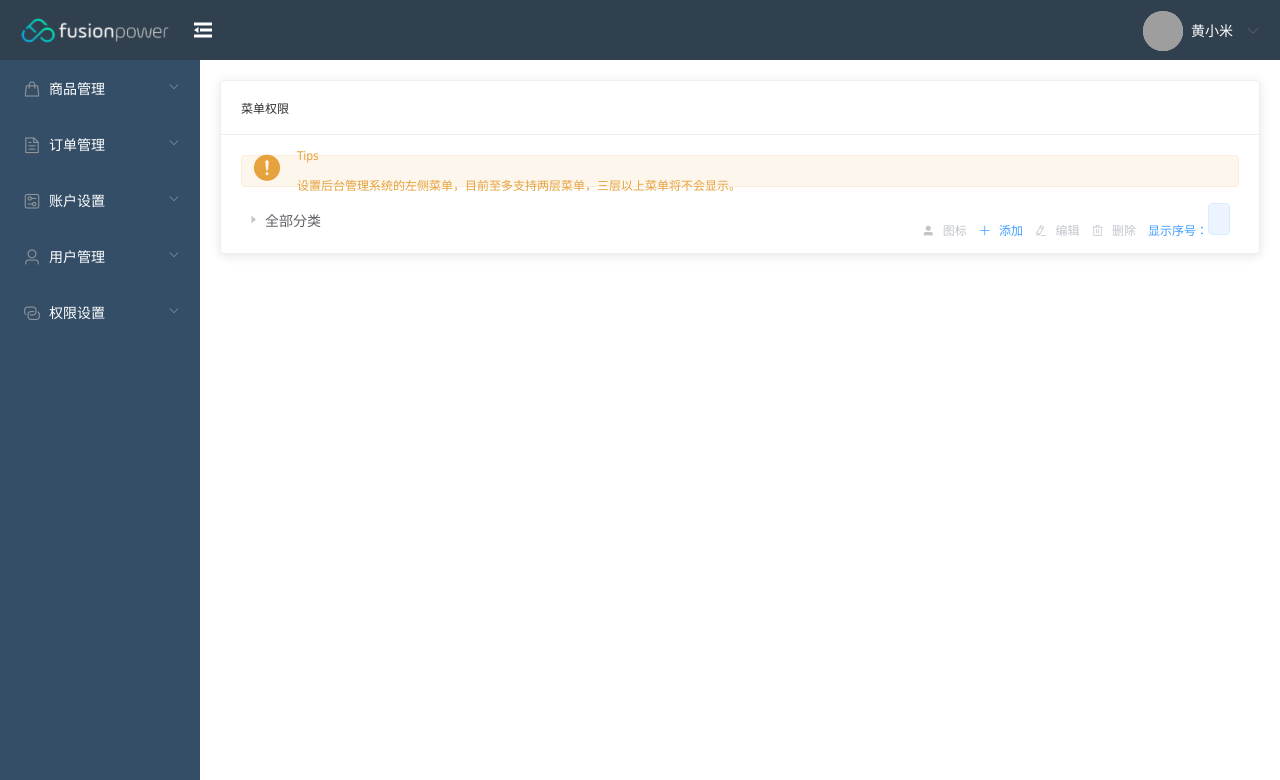
Repository: HanNing-cyber/vue-cms-project
Page: /#/auth/menu
An editor plug-in stored every save of this project. The page is shown before and after the next save, followed by the edit.
The browser window is 1280 px wide. The pictures show the whole page.
Pictures or frames that could not be fetched are drawn as grey boxes. The project was rebuilt for these pictures with package versions that can differ from the ones it lists, and the page was loaded fresh each time. Also part of the build but not shown: vue.config.js, src/views/Login.vue, src/views/Register.vue.

Above is the page before, as saved 2020-05-06 00:36:35.

### src/main.js
import Vue from 'vue'
import App from './App.vue'
import router from './router'
import store from './store'
import '@/plugins/element'
import '@/plugins/axios'

Vue.config.productionTip = false

new Vue({
  router,
  store,
  render: h => h(App)
}).$mount('#app')

### src/App.vue
<template>
  <div id="app">
    <router-view></router-view>
  </div>
</template>

<script>
export default {
  name: "app",
  components: {}
};
</script>

<style lang="less">
@import "./assets/css/reset.css";
.el-row {
  margin-bottom: 20px;
  &:last-child {
    margin-bottom: 0;
  }
}
.el-col {
  border-radius: 4px;
}
.bg-purple-dark {
  background: #99a9bf;
}
.bg-purple {
  background: #d3dce6;
}
.bg-purple-light {
  background: #e5e9f2;
}
.grid-content {
  border-radius: 4px;
  min-height: 36px;
}
.row-bg {
  padding: 10px 0;
  background-color: #f9fafc;
}
a{
  color: currentColor;
}
</style>

### src/router/index.js
import Vue from 'vue'
import VueRouter from 'vue-router'
import Login from "@/views/Login.vue";
import Register from "@/views/Register.vue";
import Layout from "@/components/Layout.vue";
import { Message} from 'element-ui'

Vue.use(VueRouter)

  const routes = [
  {
    path: '/',
    name: 'Login',
    alias: "/login",
    meta:{requiresAuth:false},
    component: Login,
  },
  {
    path: '/register',
    name: 'Register',
    meta:{requiresAuth:false},
    component: Register,
  },
  // 商品管理
  {
    path:'/goods',
    name:'Goods',
    component:Layout,
    children: [
      {
        path: "list",
        name: "GoodsList",
        meta:{requiresAuth:true},
        component: () => import("@/views/Goods/List.vue"),
      },
      {
        path: "release",
        name: "GoodsRelease",
        meta:{requiresAuth:true},
        component: () => import("@/views/Goods/Release.vue"),
      },
      {
        path: "category",
        name: "GoodsCategory",
        meta:{requiresAuth:true},
        props: true,
        component: () => import("@/views/Goods/Category.vue"),
      },
      {
        path: 'edit',
        name: 'GoodsEdit',
        // meta: { requiresAuth: true },
        component: () => import('@/views/Goods/Edit.vue')
      },
    ],
  },
  // 订单管理
  {
    path:'/order',
    name:'Order',
    component:Layout,
    children: [
      {
        path: "list",
        name: "OrderList",
        meta:{requiresAuth:true},
        component: () => import("@/views/Order/List.vue"),
      },
    ],
  },
  // 账户设置
  {
    path:'/admin',
    name:'Admin',
    component:Layout,
    children: [
      {
        path: "setting",
        name: "AdminSetting",
        meta:{requiresAuth:true},
        component: () => import("@/views/Admin/Setting.vue"),
      },
    ],
  },
  // 用户管理
  {
    path:'/user',
    name:'User',
    component:Layout,
    children: [
      {
        path: "list",
        name: "UserList",
        meta:{requiresAuth:true},
        component: () => import("@/views/User/List.vue"),
      },
    ],
  },
  // 权限管理
  {
    path:'/auth',
    name:'Auth',
    component:Layout,
    children: [
      {
        path: "role",
        name: "AuthRole",
        meta:{requiresAuth:true},
        component: () => import("@/views/Auth/Role.vue"),
      },
      {
        path: "menu",
        name: "AuthMenu",
        meta:{requiresAuth:true},
        component: () => import("@/views/Auth/Menu.vue"),
      },
    ],
  },
]

const router = new VueRouter({
  routes
})

export default router

### src/plugins/axios.js
import axios from 'axios';
import { Loading,Message } from 'element-ui';
// 路由实例
import router from '@/router/index'
// loading实例
let loading;
//设置默认参数
axios.defaults.baseURL='http://localhost:3003';

// 请求拦截器
axios.interceptors.request.use(function(config){
    // 开启loding
    loading=Loading.service({background:'rgba(0,0,0,0.7'});
    console.log(config);
    // 在发送请求之前，在headers头加token
    if(config.url=='/api/admin/login' || config.url=='/api/admin/register'){
        return config;
    }
    let token = sessionStorage.token;
    // 判断是否已经登录，拥有token
    // 没有token，提示用户，跳转登录页面
    if(!token){
        Message.error('token令牌失效，请重新登录！')
        setTimeout(()=>{
            router.replace('/login');
            loading.close();
        },2000);
        return;
    }
    // 拥有token，在headers头添加token
    config.headers.Authorization=`Bearer ${token}`;
    return config;
},function(error){
    // 对请求错误做些什么
    return Promise.reject(error);
})


axios.interceptors.response.use(function (response) {
    // 关闭loading
    loading.close();
    //在这里你可以判断后台返回数据携带的请求码
    if (response.status === 200) {
    return response.data
    }
    // else {
    // // 非200请求抱错
    // throw Error(response.data.msg || '服务异常')
    // }
}, function (error) {
    // 对响应错误做点什么
    return Promise.reject(error);
});

export default axios;

### src/assets/css/reset.css
/*version: 2.7.0 */

html,
body {
	color: #898989;
	background: #FFF;
	font-family: "Microsoft YaHei UI", "Microsoft YaHei UI Light", "微软雅黑", "宋体", Helvetica-Black-SemiBold, Tahoma, Arial, sans-serif;
	font-size: 12px;
}

body,
div,
dl,
dt,
dd,
ul,
ol,
li,
h1,
h2,
h3,
h4,
h5,
h6,
pre,
code,
form,
fieldset,
legend,
input,
button,
textarea,
p,
blockquote,
th {
	margin: 0;
	padding: 0;
}

table {
	border-collapse: collapse;
	border-spacing: 0;
}

fieldset {
	border: solid 1px #666;
}
/*取消img蓝框*/
img {
	border: 0;
}

address,
caption,
cite,
code,
dfn,
em,
strong,
th,
var,
optgroup {
	font-style: inherit;
	font-weight: inherit;
}

del,
ins {
	text-decoration: none;
}

li {
	list-style: none;
}

caption,
th {
	text-align: left;
}

h1,
h2,
h3,
h4,
h5,
h6 {
	font-weight: normal;
}

h2 {
	font-size: 16px;
}

h3 {
	font-size: 14px;
}

q:before,
q:after {
	content: '';
}

abbr,
acronym {
	border: 0;
	font-variant: normal;
}

sup {
	vertical-align: baseline;
}

sub {
	vertical-align: baseline;
}

legend {
	color: #000;
}

input,
button,
textarea,
select,
optgroup,
option {
	font-family: inherit;
	font-size: inherit;
	font-style: inherit;
	font-weight: inherit;
}

input,
button,
textarea,
select {
	*font-size: 100%;
}

strong {
	font-weight: bold;
}

em {
	font-style: italic;
}
/*取消链接下横线*/
a {
	color: #ffd200;;
	text-decoration: none;
}

a:hover {
	color: #666;
}

a:focus {
	outline: thin dotted;
}


/* 改善在所有浏览器中获取焦点和悬停时的可读性: h5bp.com/h */

a:hover,
a:active {
	outline: 0;
}

.fl {
	float: left;
}

.fr {
	float: right;
}

.clear {
	clear: both;
}

.clearfix {
	*zoom: 1;
}

.clearfix:before,
.clearfix:after {
	display: table;
	line-height: 0;
	content: "";
}

.clearfix:after {
	clear: both;
}

.container {
	width: 1200px;
	margin-right: auto;
	margin-left: auto;
	*zoom: 1;
}

.container:before,
.container:after {
	display: table;
	line-height: 0;
	content: "";
}

.container:after {
	clear: both;
}

### src/components/Layout.vue
<template>
  <el-container>
    <el-header>
      <Navbar></Navbar>
    </el-header>
    <el-container>
      <el-aside width="200px">
        <LeftMenu></LeftMenu>
      </el-aside>
      <el-main>
        <router-view></router-view>
      </el-main>
    </el-container>
  </el-container>
</template>

<script>
import LeftMenu from '@/components/LeftMenu.vue';
import Navbar from '@/components/Navbar.vue';
export default{
    components:{
        LeftMenu,
        Navbar,
    }
}
</script>

<style lang="less">
 .el-header, .el-footer {
    background-color: #31404E;
    color: white;
    line-height: 60px;
  }

  .el-aside {
    background-color: #334E66;
    color: #333;
    text-align: left;
    min-height: 100vh;
    .el-menu{
      border-right: 0;
    }
  }

  .el-main {
    background-color: white;
    color: #333;
  }

  body > .el-container {
    margin-bottom: 40px;
  }

  .el-container:nth-child(5) .el-aside,
  .el-container:nth-child(6) .el-aside {
    line-height: 260px;
  }

  .el-container:nth-child(7) .el-aside {
    line-height: 320px;
  }
</style>

### src/views/Auth/Menu.vue
<template>
	<div>
		<el-card class="box-card">
			<div slot="header" class="clearfix">
				<span>菜单权限</span>
			</div>
			<!-- <el-tree :data="data" :props="defaultProps" @node-click="handleNodeClick"></el-tree> -->
			<div class="custom-tree-container">
				<el-tag type="warning" class="tip-tag">
					<div class="left-tip"><i class="el-icon-warning" style="fontSize:30px"></i></div>
					<div class="right-tip">
						<div>Tips</div>
						<div>设置后台管理系统的左侧菜单，目前至多支持两层菜单，三层以上菜单将不会显示。</div>
					</div>
				</el-tag>
				<div class="block">
					<!-- <el-tree ref="tree" lazy :props="defaultProps" :data="data"> -->
					<el-tree ref="tree" :load="loadNode" lazy :props="defaultProps" node-key="id">
						<span class="custom-tree-node" slot-scope="{ node, data }">
							<span>{{node.label }}</span>
							<span>
								<el-tooltip class="item" effect="light" content="Left Top 提示文字" placement="left-start">
									<el-button type="text" size="mini" icon="el-icon-user-solid" :disabled="node.level==1">
										图标
									</el-button>
								</el-tooltip>
								<el-button type="text" size="mini" icon="el-icon-plus" @click.stop="openInsertModal(node,data)">
									添加
								</el-button>
								<el-button type="text" size="mini" icon="el-icon-edit" :disabled="node.level==1" @click.stop="openEditModal(node,data)">
									编辑
								</el-button>
								<el-button type="text" size="mini" icon="el-icon-delete" @click.stop="openRemoveModal(node,data)" :disabled="node.level==1">
									删除
								</el-button>
								<el-button type="text" size="mini">
									<span class="sort">显示序号：</span>
									<el-tag class="tag">{{data.order}}</el-tag>
								</el-button>
							</span>
						</span>
					</el-tree>
				</div>
			</div>
		</el-card>
		<!-- 添加模态框 -->
		<el-dialog title="添加节点" :visible.sync="insertVisible" width="30%">
			<el-form ref="insertForm" :model="insertForm" :rules="rules" label-width="80px">
				<el-form-item label="菜单名称" prop="name">
					<el-input v-model="insertForm.name"></el-input>
				</el-form-item>
				<el-form-item label="链接地址" prop="path">
					<el-input v-model="insertForm.path" placeholder="指定此菜单的链接地址,可选填"></el-input>
				</el-form-item>
				<el-form-item label="显示顺序" prop="order">
					<el-input v-model="insertForm.order" placeholder="显示顺序按照数字大小,如:2001"></el-input>
				</el-form-item>
			</el-form>
			<span slot="footer" class="dialog-footer">
				<el-button @click="insertVisible = false">取 消</el-button>
				<el-button type="primary" @click="handleInsert('insertForm')">确 定</el-button>
			</span>
		</el-dialog>

		<!-- 编辑模态框 -->
		<el-dialog title="编辑节点" :visible.sync="editVisible" width="30%">
			<el-form ref="editForm" :model="editForm" :rules="rules" label-width="80px">
				<el-form-item label="菜单名称" prop="name">
					<el-input v-model="editForm.name"></el-input>
				</el-form-item>
				<el-form-item label="链接地址" prop="path">
					<el-input v-model="editForm.path" placeholder="指定此菜单的链接地址,可选填"></el-input>
				</el-form-item>
				<el-form-item label="显示顺序" prop="order">
					<el-input v-model="editForm.order" placeholder="显示顺序按照数字大小,如:2001"></el-input>
				</el-form-item>
			</el-form>
			<span slot="footer" class="dialog-footer">
				<el-button @click="editVisible = false">取 消</el-button>
				<el-button type="primary" @click="handleEdit('editForm')">确 定</el-button>
			</span>
		</el-dialog>
	</div>
</template>

<script>
	import { Auth } from '@/api/index.js'

	export default {
		data() {
			return {
				defaultProps: {
					label: 'name',
					children: "children",
				},
				insertForm: {
					name: '',
					pId: '',
					order: '',
				},
				editForm: {
					name: '',
					pId: '',
					order: '',
				},
				rules: {
					name: [
						{ required: true, message: '请输入分类名称', trigger: 'blur' },
					],
					order: [
						{ required: true, message: '请输入菜单顺序', trigger: 'blur' },
					]
				},
				nodeData: {}, //节点数据
				node: {}, //节点对象
				insertVisible: false,
				editVisible: false,
			}
		},
		methods: {
			async loadNode(node, resolve) {
				console.log(node);
				// 根节点
				if (node.level == 0) {
					return resolve([{ name: '全部分类', pId: 0 }]);
				}
				if (node.level == 1) {
					// 取出node.data里的数据
					let { status, data } = await Auth.subcate({ pId: 1 });
					if (status) {
						resolve(data);
					}
				}
				if (node.level == 2) {
					// 取出node.data里的数据
					let id = node.data.id;
					// let { pId } = node.data;
					let { status, data } = await Auth.subcate({ pId: id });
					if (status) {
						resolve(data);
					}
				}
			},
			// 删除
			openRemoveModal(node, data) {
				this.$confirm('确定要删除此分类吗?', { type: 'warning' })
					.then(async () => {
						// 发送ajax
						let id = node.data.id;
						let { status } = await Auth.del({ id }); //扩展运算符
						if (status) {
							// 界面上的数据删除
							this.$refs.tree.remove(data);
							this.$message.success('删除成功');
						} else {
							this.$message.error(msg);
						}
					});
			},
			// 添加
			openInsertModal(node, data) {
				console.log(data)
				// 转存了父级分类id
				this.insertForm.pId = data.pId + 1;
				// 转存 父类节点
				this.node = node;
				this.insertVisible = true;
			},
			handleInsert(formName) {
				this.$refs[formName].validate(async (valid) => {
					if (valid) {
						let { status, msg, data } = await Auth.insert({ ...this.insertForm }); //扩展运算符
						if (status) {
							// 关闭弹窗
							this.insertVisible = false;
							// 界面添加节点
							this.$refs.tree.append({ ...this.insertForm, ...data }, this.node);
						}
					}
				});
			},
			// 编辑
			openEditModal(node, data) {
				// 转存节点对象
				this.node = node;
				this.editForm = { ...data };
				this.editVisible = true;
			},
			handleEdit(formName) {
				this.$refs[formName].validate(async (valid) => {
					if (valid) {
						let { status, msg } = await Auth.Edit({ ...this.editForm }); //扩展运算符
						if (status) {
							this.$message.success(msg);
							// 关闭弹窗
							this.editVisible = false;
							// 更新节点
							this.node.data = this.editForm;
						} else {
							this.$message.error(msg);
						}
					}
				});
			}
		},
	}
</script>

<style lang="less" scoped>
	.custom-tree-node {
		flex: 1;
		display: flex;
		align-items: center;
		justify-content: space-between;
		font-size: 14px;
		padding-right: 8px;
	}

	.xu {
		font-size: 12px;
		padding-left: 10px;
	}
	.tip-tag{
		margin-bottom: 20px;
		display: flex;
		justify-content: flex-start;
		align-items: center;

		.right-tip{
			margin-left: 15px;
		}
	}
</style>

### src/api/index.js
import Admin from './modules/admin';
import User from './modules/user';
import Login from './modules/login';
import Category from './modules/category';
import Goods from './modules/goods';
import Auth from './modules/auth';
import Order from './modules/order';
// import Upload from './modules/upload';
export {
    Admin,
    User,
    Login,
    Category,
    Goods,
    Auth,
    Order,
}

### src/components/LeftMenu.vue
<template>
  <el-menu router default-active="2" class="el-menu-vertical-demo" background-color="#334E66" text-color="#fff" active-text-color="#ffd04b">
    <el-submenu index="1">
      <template slot="title">
        <i class="el-icon-goods"></i>
        <span slot="title">商品管理</span>
      </template>
      <el-menu-item index="/goods/category">商品分类</el-menu-item>
      <el-menu-item index="/goods/release">发布商品</el-menu-item>
      <el-menu-item index="/goods/list">商品列表</el-menu-item>
    </el-submenu>
    <el-submenu index="2">
      <template slot="title">
        <i class="el-icon-document"></i>
        <span slot="title">订单管理</span>
      </template>
      <el-menu-item index="/order/list">订单列表</el-menu-item>
    </el-submenu>
    <el-submenu index="3">
      <template slot="title">
        <i class="el-icon-set-up"></i>
        <span slot="title">账户设置</span>
      </template>
      <el-menu-item index="/admin/setting">账户信息</el-menu-item>
    </el-submenu>
    <el-submenu index="4">
      <template slot="title">
        <i class="el-icon-user"></i>
        <span slot="title">用户管理</span>
      </template>
      <el-menu-item index="/user/list">用户列表</el-menu-item>
    </el-submenu>
    <el-submenu index="5">
      <template slot="title">
        <i class="el-icon-connection"></i>
        <span slot="title">权限设置</span>
      </template>
      <el-menu-item index="/auth/role">用户角色</el-menu-item>
      <el-menu-item index="/auth/menu">菜单权限</el-menu-item>
    </el-submenu>
  </el-menu>
</template>

<script></script>

<style lang="less" scoped>
body {
  overflow: hidden;

  .el-aside {
    height: 100vh;
  }
}
</style>

### src/components/Navbar.vue
<template>
  <div class="nav-bar">
    <div class="left">
      <div class="name">
        <img src="../assets/img/logo.png" alt="" width="150px">
      </div>
      <el-button type="text" class="icon-toggle" icon="el-icon-s-fold"></el-button>
    </div>
    <div class="right">
      <el-dropdown>
        <span class="el-dropdown-link">
          <el-avatar src="https://cube.elemecdn.com/0/88/03b0d39583f48206768a7534e55bcpng.png"></el-avatar>
          <span class="nickname">黄小米</span>
          <i class="el-icon-arrow-down el-icon--right"></i>
        </span>
        <el-dropdown-menu size="medium" slot="dropdown">
          <el-dropdown-item>消息</el-dropdown-item>
          <el-dropdown-item>设置</el-dropdown-item>
          <el-dropdown-item divided>退出</el-dropdown-item>
        </el-dropdown-menu>
      </el-dropdown>
    </div>
  </div>
</template>

<script>
export default {};
</script>

<style lang="less">
.nav-bar {
  display: flex;
  justify-content: space-between;
  align-items: center;
  padding: 5px 0;
  line-height: 0;

  .left {
    display: flex;
    align-items: center;

    .icon-toggle {
      font-size: 24px;
      margin-left: 20px;
      color: white;
    }
  }
  .right {
    .el-dropdown-link {
      display: flex;
      align-items: center;
    }
    .nickname {
      color: white;
      margin: 0 8px;
    }
  }
}
.el-dropdown-menu {
  width: 200px;
  background-color: #31404E;
}
</style>

### src/api/modules/admin.js
import axios from 'axios';

// // 管理员登陆

// //ES5写法
// // function login(data){
// //     return axios.post('/admin/login',data);
// // }

// // ES6写法
// let login = (data) => axios.post('/admin/login',data);
// let register = (data) => axios.post('/admin/register',data);
// let list = (data) => axios.get('/admin/list',{params:data});

// // 删除管理员
// let remove = (data) => axios.post('/admin/delete',{id:data});
// // 获取管理员资料

let info = (data) => axios.get('/api/admin',{params:data})

let edit = (data) => axios.post('/admin/info',data)
let subcate = (data) => axios.get('/api/role/list' , {params:data});
export default{
    info,
    edit,
    subcate,

}

### src/api/modules/user.js
import axios from 'axios';

// // 文章列表
let list = (data) => axios.get('/api/admin/list',{params:data});
let role = (data) => axios.get('/api/role/list', { params: data });
// // 删除用户
let remove = (id) => axios.delete('/api/admin' , {params:id});
// // 获取用户资料
// let info = (data) => axios.get('/user',{params:data});

// let edit = (id ,data ) => axios.put(`/user/${id}` ,data);

export default{
    list,
    role,
    remove,
//     info,
//     edit,
}

### src/api/modules/login.js
import axios from 'axios';



let login = (data) => axios.post('/api/admin/login',data);
let register = (data) => axios.post('/api/admin/register',data);

export default{
    login,
    register,

}

### src/api/modules/category.js
import axios from 'axios';
// 获取子级分类
let subcate = (data) => axios.get('/api/category/sub' , {params:data});
// 获取所有分类
let list= (data) => axios.get('/api/category/all' , {params:data});
// 添加分类
let insert = (data) => axios.post('/category/add' ,data)
// 删除分类
let remove = (id) => axios.delete('/api/category',{params:id});
// 编辑分类
let edit = (data) => axios.post('/category/edit',data)

export default{
    subcate,
    list,
    insert,
    remove,
    edit,
}

### src/api/modules/goods.js
import axios from 'axios';
// 获取子级分类
// let subcate = (data) => axios.get('/api/category/all' , {params:data});
// 获取所有分类
let list= (data) => axios.get('/api/admin/goods/list' , {params:data});
// // 添加分类
// let insert = (data) => axios.post('/category/add' ,data)
// // 删除分类
// let remove = (data) => axios.post('/category/delete',{id:data});
let remove = (id) => axios.delete('/api/admin/goods',{params:id});
// // 编辑分类
// let edit = (data) => axios.post('/category/edit',data)
// 发布新商品
let add = (data) => axios.post('/api/admin/goods',data);
// 发布新商品
let release = (data) => axios.post('/api/admin/goods', data);

export default{
    list,
    remove,
    release,
}

### src/api/modules/auth.js
import axios from 'axios';

// // 列表
let list = (data) => axios.get('/api/role/list', { params: data });
// //删除
// let remove = (id) => axios.delete(`/role/${id}`);
let remove = (id) => axios.delete('/api/menu',{params:id});
let menu = (data) => axios.get('/api/menu/sub', { params: data })
// //添加
let insert = (data) => axios.post('/api/menu', data);
// //编辑
// let edit = (id, data) => axios.put(`/role/${id}`, data);
export default {
	list,
	remove,
	menu,
	insert,
// 	edit
}

### src/api/modules/order.js
import axios from 'axios';

// 订单列表
let list = (data) => axios.get('/api/admin/order/list', { params: data })

export default {
	list,
}

Loaded but not shown: public/index.html (common file); src/store/index.js (common file); src/plugins/element.js (common file)

After the next save:
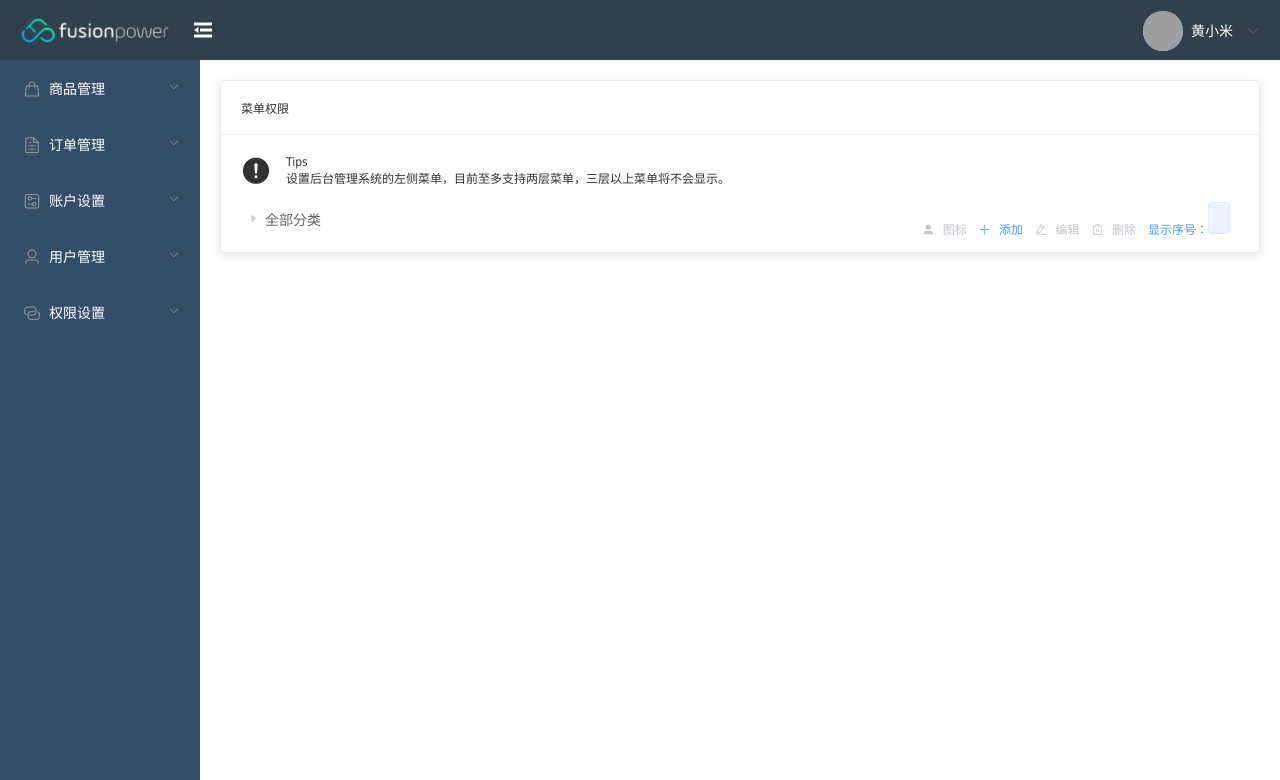
Saved 63 s later.
--- a/src/views/Auth/Menu.vue
+++ b/src/views/Auth/Menu.vue
@@ -6,13 +6,13 @@
 			</div>
 			<!-- <el-tree :data="data" :props="defaultProps" @node-click="handleNodeClick"></el-tree> -->
 			<div class="custom-tree-container">
-				<el-tag type="warning" class="tip-tag">
+				<div type="warning" class="tip-tag">
 					<div class="left-tip"><i class="el-icon-warning" style="fontSize:30px"></i></div>
 					<div class="right-tip">
 						<div>Tips</div>
 						<div>设置后台管理系统的左侧菜单，目前至多支持两层菜单，三层以上菜单将不会显示。</div>
 					</div>
-				</el-tag>
+				</div>
 				<div class="block">
 					<!-- <el-tree ref="tree" lazy :props="defaultProps" :data="data"> -->
 					<el-tree ref="tree" :load="loadNode" lazy :props="defaultProps" node-key="id">
